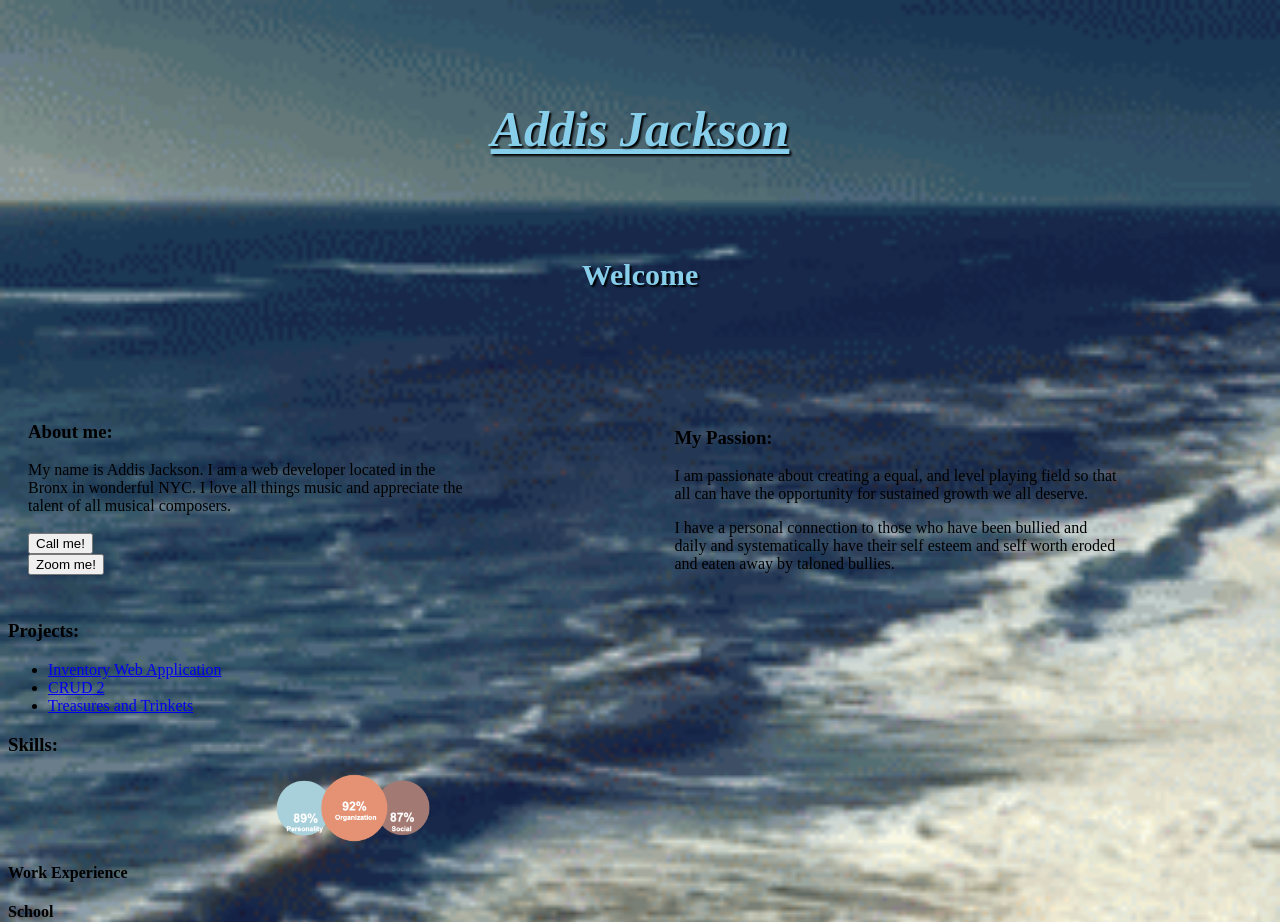
Repository: 10-2-pursuit/lab-design-assets
Page: index.html
These files come from the project's save history. The page is drawn as it stood at one moment and after the next save; the edit follows.
The browser window is 1280 px wide. The pictures show the part of the page from y = 0 to 922 px (the page is 1942 px tall before and 1978 px after).
A picture or video elsewhere on the page could not be fetched, so the positions and the page height are approximate.

Above is the page before, as saved 2023-07-16 06:00:33.

After the next save:
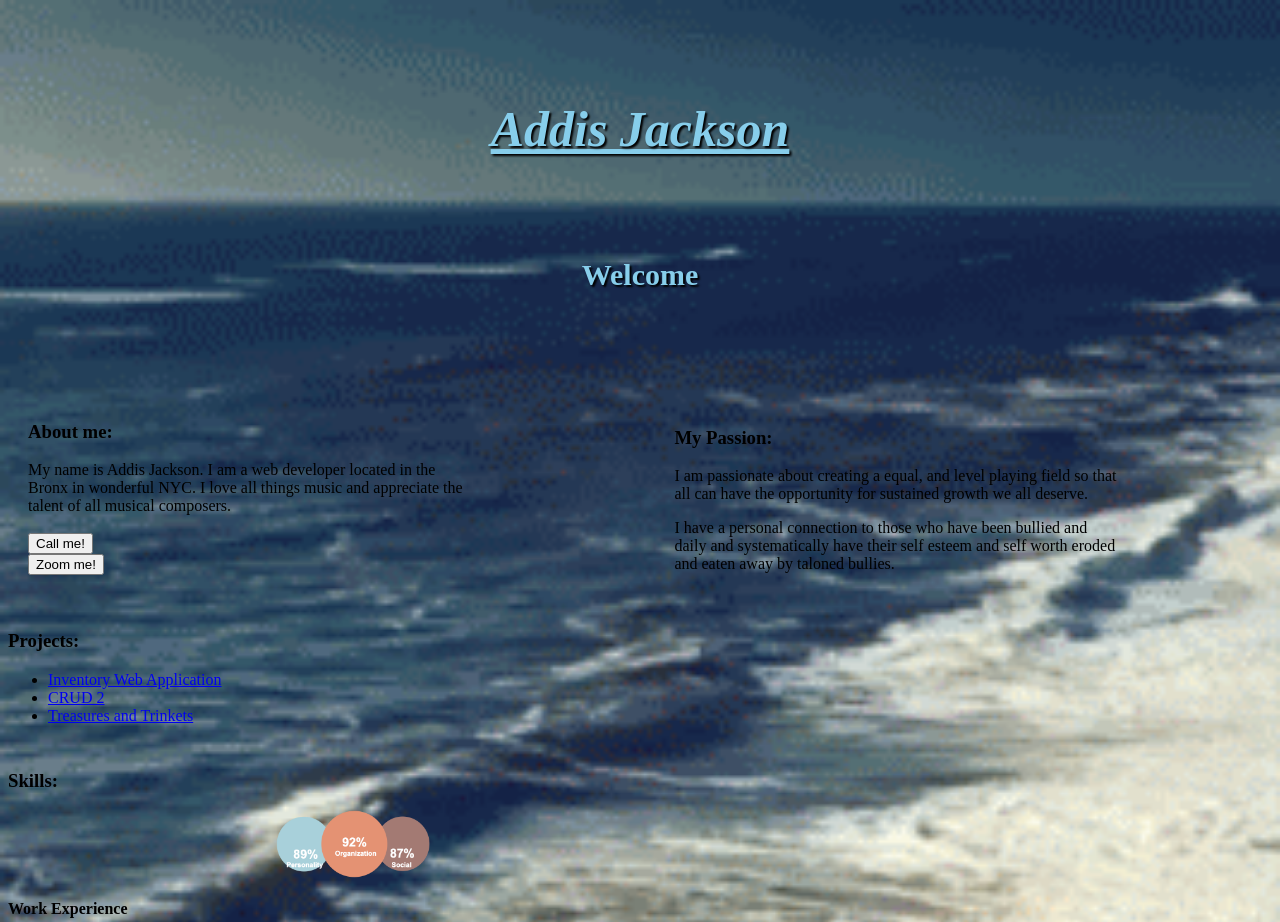
Saved 4 min 3 s later.
--- a/style.css
+++ b/style.css
@@ -58,12 +58,10 @@ article {
 }
 
 .projects .skills {
-    display: block;
+    display: inline-block;
 }
 
-.projects  {
-    display: block;
-    text-align: left;
+.projects  {    text-align: left;
     margin-top: 10px;
     margin-bottom: 10px;
     margin-right: 1opx;
